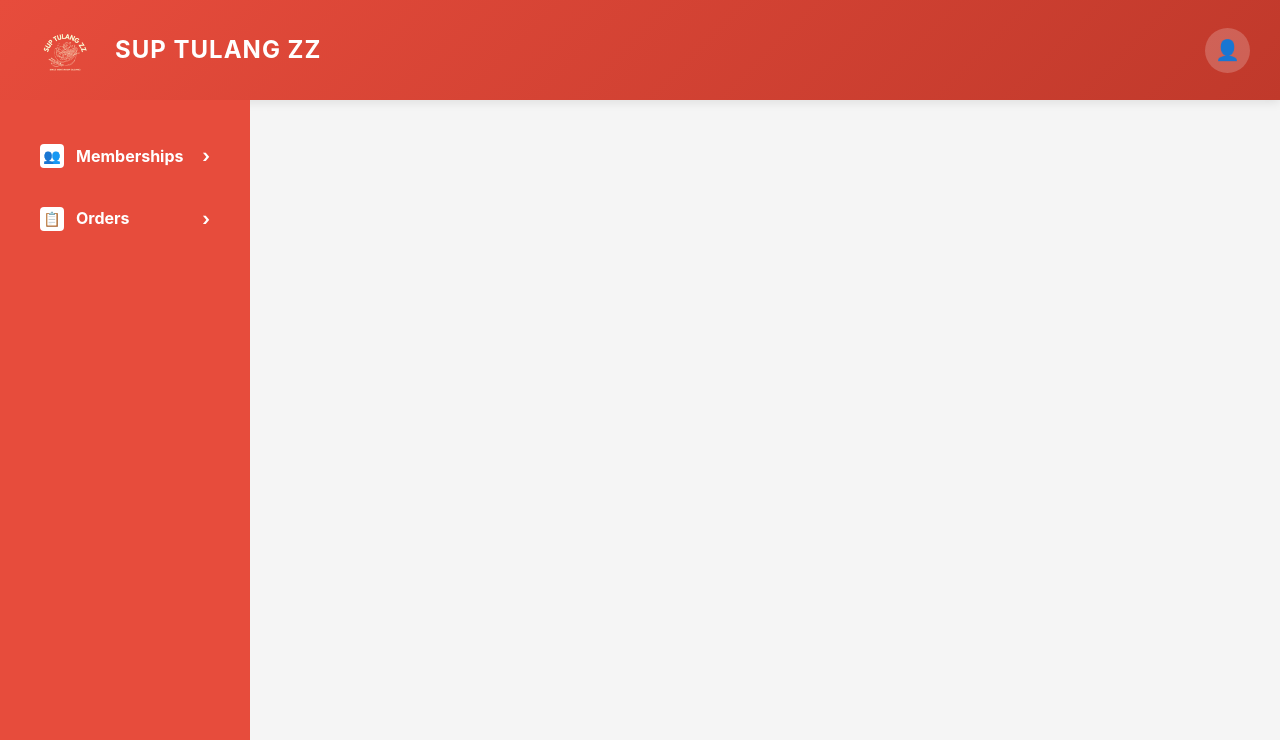
Repository: YIsheng2002/web-frontend
Page: view/Staff/dashboardstaff.html
These files come from the project's save history. The page is drawn as it stood at one moment and after the next save; the edit follows.
The browser window is 1280 px wide. The pictures show the whole page.
After loading, the first visible `button.add-membership-btn` was clicked once.

Above is the page before, as saved 2025-06-12 18:33:18.

### view/Staff/dashboardstaff.html
<!DOCTYPE html>
<html lang="en">

<head>
    <meta charset="UTF-8">
    <meta name="viewport" content="width=device-width, initial-scale=1.0">
    <title>SUP TULANG ZZ</title>
    <link rel="stylesheet" href="../Staff/assets/css/main.css">
    <link rel="stylesheet" href="../../assets/css/main.css">
    <link rel="stylesheet" href="./assets/css/dashboardStaff.css">
    <script src="./assets/javascript/dashboardStaff.js"></script>

</head>

<body>
    <!-- Header -->
    <header class="header">
        <div class="logo-section">
            <img src="../../assets/images/logo.png" alt="Logo" class="logo">
            <h1 class="brand-name">SUP TULANG ZZ</h1>
        </div>

        <div class="user-menu">
            <div class="user-avatar" onclick="toggleDropdown()">
                👤
            </div>
            <div class="dropdown-menu" id="userDropdown">
                <a href="#" class="dropdown-item" onclick="showProfile()">
                    👤 Profile
                </a>
                <a href="#" class="dropdown-item" onclick="showSettings()">
                    ⚙️ Settings
                </a>
                <a href="#" class="dropdown-item" onclick="showOrders()">
                    📋 Orders
                </a>
                <a href="#" class="dropdown-item" onclick="showReports()">
                    📊 Reports
                </a>
                <hr style="margin: 8px 0; border: none; border-top: 1px solid #eee;">
                <a href="#" class="dropdown-item danger" onclick="logout()">
                    🚪 Logout
                </a>
            </div>
        </div>
    </header>

    <div class=" dashboard-container">
        <!-- Sidebar -->
        <div class="sidebar">
            <ul class="sidebar-menu">
                <li class="sidebar-item">
                    <a href="#" class="sidebar-link active" onclick="showMembership(event)">
                        <div class="sidebar-icon">👥</div>
                        <span class="sidebar-text">Memberships</span>
                        <span class="sidebar-arrow">›</span>
                    </a>
                </li>
                <li class="sidebar-item">
                    <a href="#" class="sidebar-link" onclick="showOrders(event)">
                        <div class="sidebar-icon">📋</div>
                        <span class="sidebar-text">Orders</span>
                        <span class="sidebar-arrow">›</span>
                    </a>
                </li>
            </ul>
        </div>
        <!-- Main Content membership page -->
        <div class="main-content active" id="membership">
            <div class="membership-header">
                <h3>Memberships</h3>
                <button class="add-membership-btn" onclick="showAddMemberForm(event)">Add Member</button>
            </div>

            <div id="membershipForm" class="membership-form hidden">
                <div class="membership-cards">
                    <div class="membership-card">
                        <div class="membership-title">Premium Member</div>
                        <div class="membership-details">
                            <p><strong>John Doe</strong></p>
                            <p>Member since: Jan 2024</p>
                            <p>Status: Active</p>
                            <p>Benefits: 20% discount, priority seating</p>
                        </div>
                    </div>
                    <div class="membership-card">
                        <div class="membership-title">Regular Member</div>
                        <div class="membership-details">
                            <p><strong>Jane Smith</strong></p>
                            <p>Member since: Mar 2024</p>
                            <p>Status: Active</p>
                            <p>Benefits: 10% discount</p>
                        </div>
                    </div>
                    <div class="membership-card">
                        <div class="membership-title">VIP Member</div>
                        <div class="membership-details">
                            <p><strong>Ahmad Ali</strong></p>
                            <p>Member since: Dec 2023</p>
                            <p>Status: Active</p>
                            <p>Benefits: 30% discount, free delivery, exclusive menu</p>
                        </div>
                    </div>
                </div>
            </div>
        </div>
        <!-- Main Content orders page -->
        <div class="main-content" id="orders">
            <h3>Orders</h3>
            <div class="order-list">
                <div class="order-item">
                    <span class="order-id">Order #12345</span>
                    <span class="order-status pending">Pending</span>
                </div>
                <div class="order-item">
                    <span class="order-id">Order #12346</span>
                    <span class="order-status completed">Completed</span>
                </div>
                <div class="order-item">
                    <span class="order-id">Order #12347</span>
                    <span class="order-status pending">Pending</span>
                </div>
                <div class="order-item">
                    <span class="order-id">Order #12348</span>
                    <span class="order-status cancelled">Cancelled</span>
                </div>
            </div>
        </div>

        <div class="main-content" id="membershipform">
            <h3>Add Member</h3>
            <form id="addMemberForm">
                    <div class="form-group">
                        <label for="memberName">Name:</label>
                        <input type="text" class="input-size" id="memberName" name="memberName" required>
                    </div>

                    <div class="form-group">
                        <label for="memberEmail">Email:</label>
                        <input type="email" class="input-size" id="memberEmail" name="memberEmail" required>
                    </div>

                    <div class="form-group">
                        <label for="memberphonenumber">Phone Number:</label>
                        <input type="phone number" class="input-size" id="memberphonenumber" name="memberphonenumber"
                            required>
                    </div>
                    <button type="submit" class="btn-primary">Add Member</button>
                </form>
        </div>

</body>

</html>

### view/Staff/assets/css/main.css
* {
    margin: 0;
    padding: 0;
    box-sizing: border-box;
}

body {
    font-family: -apple-system, BlinkMacSystemFont, 'Segoe UI', Roboto, sans-serif;
    line-height: 1.6;
    color: #333;
    background-color: #f5f5f5;
}

.btn-primary {
    background: linear-gradient(135deg, #667eea 0%, #764ba2 100%);
    color: white;
    border: none;
    padding: 12px 24px;
    border-radius: 8px;
    font-size: 16px;
    font-weight: 600;
    cursor: pointer;
    transition: all 0.3s ease;
    width: 100%;
}

.btn-primary:hover {
    transform: translateY(-2px);
    box-shadow: 0 8px 25px rgba(102, 126, 234, 0.3);
}

.btn-primary:active {
    transform: translateY(0);
}

### assets/css/main.css
:root{
    --primary-color: #DE4345;
    --secondary-color: #F8FAD4;
    --white-color: #FFFFFF;
    --header-font-color: #212121;
    --header6-font-color: #424242;
    --light-red: #FF7877;
}

* {
    margin: 0;
    padding: 0;
    box-sizing: border-box;
}

body {
    font-family: -apple-system, BlinkMacSystemFont, 'Segoe UI', Roboto, sans-serif;
    line-height: 1.6;
    color: var(--header6-font-color);
    background-color: #f5f5f5;
}

.btn-primary {
    background: linear-gradient(135deg, var(--primary-color) 0%, var(--light-red) 100%);
    color: white;
    border: none;
    padding: 12px 24px;
    border-radius: 8px;
    font-size: 16px;
    font-weight: 600;
    cursor: pointer;
    transition: all 0.3s ease;
    width: 100%;
}

.btn-primary:hover {
    transform: translateY(-5px);
    box-shadow: 0 8px 25px rgba(253, 114, 92, 0.22);
}

.btn-primary:active {
    transform: translateY(0);
}

/* Header Styles */
.header {
    background: linear-gradient(135deg, #e74c3c, #c0392b);
    color: white;
    padding: 15px 30px;
    display: flex;
    justify-content: space-between;
    align-items: center;
    box-shadow: 0 2px 10px rgba(0,0,0,0.1);
}

.logo-section {
    display: flex;
    align-items: center;
    gap: 15px;
}

.logo {
    width: 70px;
    height: 70px;
    display: flex;
    align-items: center;
    justify-content: center;
    font-weight: bold;
    font-size: 18px;
}

.brand-name {
    font-size: 28px;
    font-weight: bold;
    letter-spacing: 1px;
}

### view/Staff/assets/css/dashboardStaff.css
/* Reset and Base Styles - Using your main.css */


.brand-name {
    color: white;
    font-size: 24px;
    font-weight: bold;
}

/* User Menu */
.user-menu {
    position: relative;
}

.user-avatar {
    width: 45px;
    height: 45px;
    background: rgba(255, 255, 255, 0.2);
    border-radius: 50%;
    display: flex;
    align-items: center;
    justify-content: center;
    cursor: pointer;
    transition: all 0.3s ease;
    font-size: 20px;
    color: white;
}

.user-avatar:hover {
    background: rgba(255, 255, 255, 0.3);
    transform: scale(1.05);
}

.dropdown-menu {
    position: absolute;
    top: 100%;
    right: 0;
    background: white;
    border-radius: 12px;
    box-shadow: 0 10px 30px rgba(0, 0, 0, 0.15);
    padding: 12px 0;
    min-width: 180px;
    opacity: 0;
    visibility: hidden;
    transform: translateY(-10px);
    transition: all 0.3s ease;
    z-index: 1000;
    margin-top: 10px;
}

.dropdown-menu.show {
    opacity: 1;
    visibility: visible;
    transform: translateY(0);
}

.dropdown-item {
    display: block;
    padding: 12px 20px;
    color: #333;
    text-decoration: none;
    transition: background 0.3s ease;
    display: flex;
    align-items: center;
    gap: 10px;
}

.dropdown-item:hover {
    background: #f8f9fa;
}

.dropdown-item.danger:hover {
    background: #fee;
    color: #e74c3c;
}


/* Main Layout */
.dashboard-container {
    display: flex;
    height: calc(100vh - 80px);
}

/* Sidebar */
.sidebar {
    width: 250px;
    background-color: #e74c3c;
    padding: 20px 0;
}

.sidebar-menu {
    list-style: none;
    padding: 0;
    margin: 0;
}

.sidebar-item {
    margin: 10px 0;
    padding: 0 20px;
}

.sidebar-link {
    display: flex;
    align-items: center;
    justify-content: space-between;
    text-decoration: none;
    padding: 12px 20px;
    font-size: 16px;
    font-weight: bold;
    border-radius: 12px;
    transition: all 0.3s ease;
    color: #fff;
    background-color: transparent;
}

.sidebar-link:hover {
    background-color: rgba(255, 255, 255, 0.1);
}

.sidebar-link.active {
    background-color: #fff9c4;
    color: #e74c3c;
}

.sidebar-icon {
    width: 24px;
    height: 24px;
    margin-right: 12px;
    background: #fff;
    border-radius: 4px;
    display: flex;
    align-items: center;
    justify-content: center;
    font-size: 14px;
}

.sidebar-text {
    flex-grow: 1;
}

.sidebar-arrow {
    font-size: 18px;
    margin-left: 12px;
}

/* Main Content */
.main-content {
    flex: 1;
    padding: 30px;
    background: white;
    overflow-y: auto;
    display: none;
}

.main-content.active {
    display: block;
}

.main-content h3 {
    color: #e74c3c;
    margin-bottom: 20px;
    font-size: 28px;
}

/* Membership Content */
.membership-cards {
    display: grid;
    grid-template-columns: repeat(auto-fit, minmax(300px, 1fr));
    gap: 20px;
    margin-top: 20px;
}

.membership-card {
    background: white;
    border-radius: 12px;
    padding: 20px;
    box-shadow: 0 4px 15px rgba(0, 0, 0, 0.1);
    transition: transform 0.3s ease;
}

.membership-card:hover {
    transform: translateY(-5px);
}

.membership-title {
    font-size: 20px;
    font-weight: bold;
    color: #e74c3c;
    margin-bottom: 10px;
}

.membership-details {
    color: #666;
    line-height: 1.6;
}

/* Orders Content */
.order-list {
    margin-top: 20px;
}

.order-item {
    background: white;
    border-radius: 12px;
    padding: 20px;
    margin-bottom: 15px;
    box-shadow: 0 4px 15px rgba(0, 0, 0, 0.1);
    display: flex;
    justify-content: space-between;
    align-items: center;
    transition: transform 0.3s ease;
}

.order-item:hover {
    transform: translateY(-2px);
}

.order-id {
    font-weight: bold;
    color: #333;
}

.order-status {
    padding: 8px 16px;
    border-radius: 20px;
    font-size: 14px;
    font-weight: bold;
}

.order-status.pending {
    background: #fff3cd;
    color: #856404;
}

.order-status.completed {
    background: #d4edda;
    color: #155724;
}

.order-status.cancelled {
    background: #f8d7da;
    color: #721c24;
}

.membership-header {
    display: flex;
    justify-content: space-between;
    align-items: center;
    margin-bottom: 20px;
}

.add-membership-btn {
    background-color: #e74c3c;
    color:white;
    padding: 10px 20px;
    border: none;
    border-radius: 8px;
    font-size: 14px;
    font-weight: bold;
    cursor: pointer;
    transition: background-color 0.3s ease;
    float: right; /* This makes it right-aligned */
    margin-bottom: 20px;

}
.add-membership-btn:hover {
    background-color: #cf4436; /* slightly darker on hover */
}

.add-membership-btn:active {
    transform: translateY(1px);
}

.form-group {
    display: flex;
    flex-direction: column;
}
.input-size {
    width: 300px;
}


/* Responsive Design */
@media (max-width: 768px) {
    .dashboard-container {
        flex-direction: column;
    }

    .sidebar {
        width: 100%;
        height: auto;
        padding: 10px 0;
    }

    .sidebar-menu {
        display: flex;
        overflow-x: auto;
    }

    .sidebar-item {
        flex: 0 0 auto;
        margin: 0 5px;
    }

    .main-content {
        padding: 20px;
    }

    .membership-cards {
        grid-template-columns: 1fr;
    }
}

### view/Staff/assets/javascript/dashboardStaff.js
// Dropdown functionality
function toggleDropdown() {
    const dropdown = document.getElementById('userDropdown');
    dropdown.classList.toggle('show');
}

// Close dropdown when clicking outside
document.addEventListener('click', function (event) {
    const userMenu = document.querySelector('.user-menu');
    const dropdown = document.getElementById('userDropdown');

    if (!userMenu.contains(event.target)) {
        dropdown.classList.remove('show');
    }
});

// Page navigation
function showPage(pageId, clickedElement) {
    // Hide all pages
    document.querySelectorAll('.main-content').forEach(page => {
        page.classList.remove('active');
    });

    // Show selected page
    const targetPage = document.getElementById(pageId);
    if (targetPage) {
        targetPage.classList.add('active');
    }

    // Remove active class from all sidebar links
    document.querySelectorAll('.sidebar-link').forEach(link => {
        link.classList.remove('active');
    });

    // Add active class to clicked element
    if (clickedElement) {
        clickedElement.classList.add('active');
    }
}

// Sidebar navigation functions
function showMembership(event) {
    event.preventDefault();
    showPage('membership', event.currentTarget);
}

function showOrders(event) {
    event.preventDefault();
    showPage('orders', event.currentTarget);
}

function showAddMemberForm(event) {
    event.preventDefault();
    showPage('addMember', event.currentTarget);
}

// User menu actions
function showProfile() {
    alert('Profile page - Coming soon!');
    toggleDropdown();
}

function showSettings() {
    alert('Settings page - Coming soon!');
    toggleDropdown();
}

function showOrdersFromDropdown() {
    showPage('orders');
    // Also update sidebar active state
    document.querySelectorAll('.sidebar-link').forEach(link => {
        link.classList.remove('active');
    });
    const ordersLink = document.querySelector('[onclick="showOrders(event)"]');
    if (ordersLink) {
        ordersLink.classList.add('active');
    }
    toggleDropdown();
}

function showReports() {
    alert('Reports page - Coming soon!');
    toggleDropdown();
}

function logout() {
    if (confirm('Are you sure you want to logout?')) {
        alert('Logged out successfully!');
        // Add your logout logic here
        // For example: window.location.href = '/login.html';
    }
    toggleDropdown();
}

// Initialize dashboard when page loads
document.addEventListener('DOMContentLoaded', function() {
    console.log('Dashboard loaded successfully!');

    // You can add any initialization code here
    // For example, loading data from API, setting up event listeners, etc.
});

// Utility function to add new membership card
function addMembershipCard(memberData) {
    const membershipCards = document.querySelector('.membership-cards');
    const cardHTML = `
        <div class="membership-card">
            <div class="membership-title">${memberData.type} Member</div>
            <div class="membership-details">
                <p><strong>${memberData.name}</strong></p>
                <p>Member since: ${memberData.joinDate}</p>
                <p>Status: ${memberData.status}</p>
                <p>Benefits: ${memberData.benefits}</p>
            </div>
        </div>
    `;
    membershipCards.insertAdjacentHTML('beforeend', cardHTML);
}

// Utility function to add new order
function addOrderItem(orderData) {
    const orderList = document.querySelector('.order-list');
    const orderHTML = `
        <div class="order-item">
            <span class="order-id">Order #${orderData.id}</span>
            <span class="order-status ${orderData.status.toLowerCase()}">${orderData.status}</span>
        </div>
    `;
    orderList.insertAdjacentHTML('beforeend', orderHTML);
}

function handleAddMember(){
   form = document.getElementById('addMemberForm');


}

// Example usage:
// addMembershipCard({
//     type: 'Gold',
//     name: 'Sarah Johnson',
//     joinDate: 'May 2024',
//     status: 'Active',
//     benefits: '25% discount, free appetizer'
// });

// addOrderItem({
//     id: '12349',
//     status: 'Completed'
// });

After the next save:
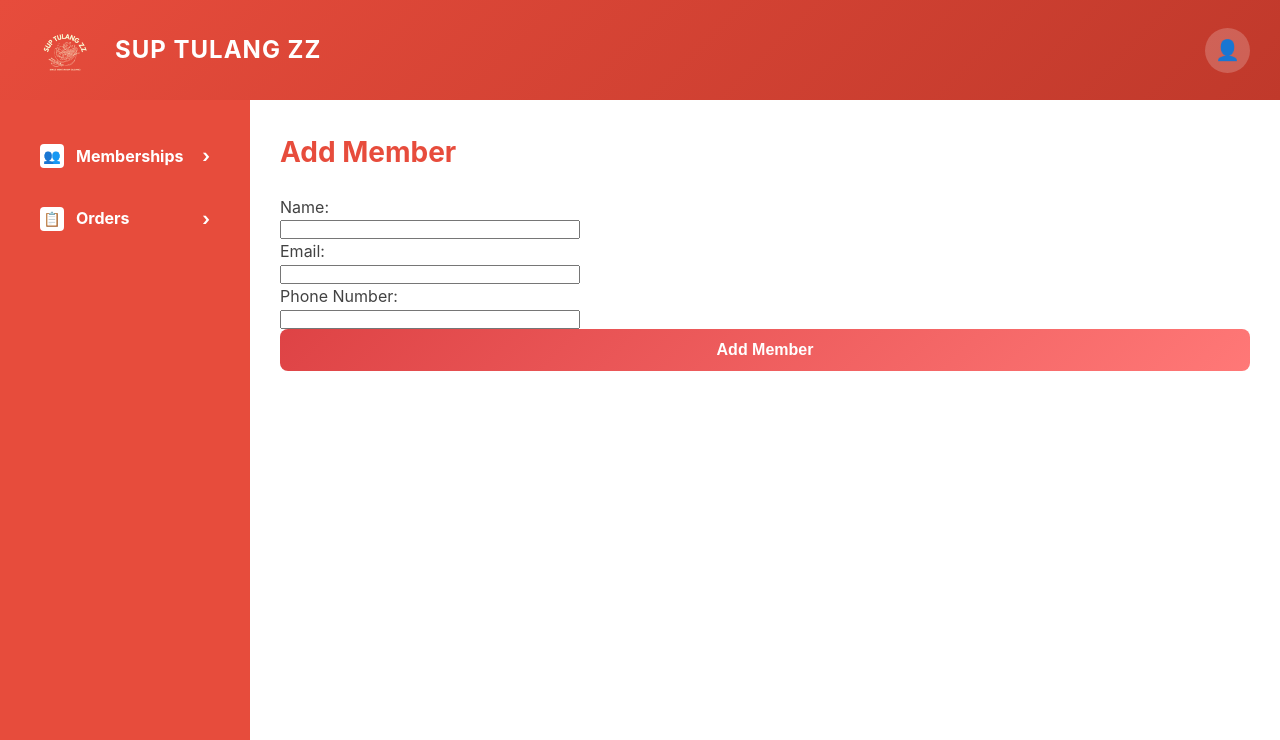
Saved 7 min 49 s later.
--- a/view/Staff/assets/javascript/dashboardStaff.js
+++ b/view/Staff/assets/javascript/dashboardStaff.js
@@ -51,7 +51,7 @@ function showOrders(event) {
 
 function showAddMemberForm(event) {
     event.preventDefault();
-    showPage('addMember', event.currentTarget);
+    showPage('membershipform', event.currentTarget);
 }
 
 // User menu actions
